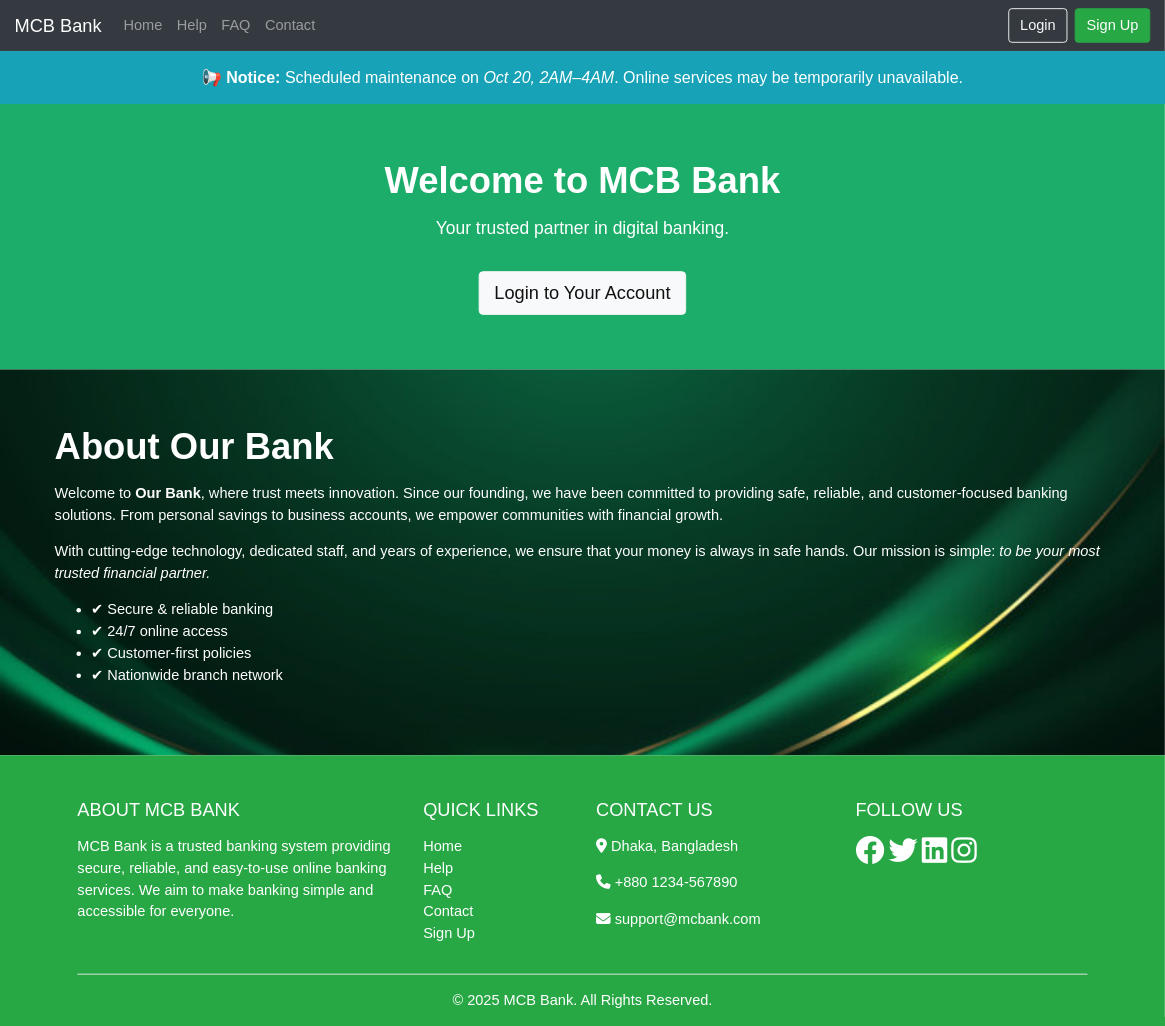
Repository: mhbshimla/my-bank
Page: http://localhost/home.php
These files come from the project's save history. The page is drawn as it stood at one moment and after the next save; the edit follows.
The browser window is 1280 px wide. The pictures show the whole page, at 91% of full size.
The page is run by PHP 8.4 with error messages shown; the project is at /var/www/html/.

Above is the page before, as saved 2025-10-17 21:30:00.

After the next save:
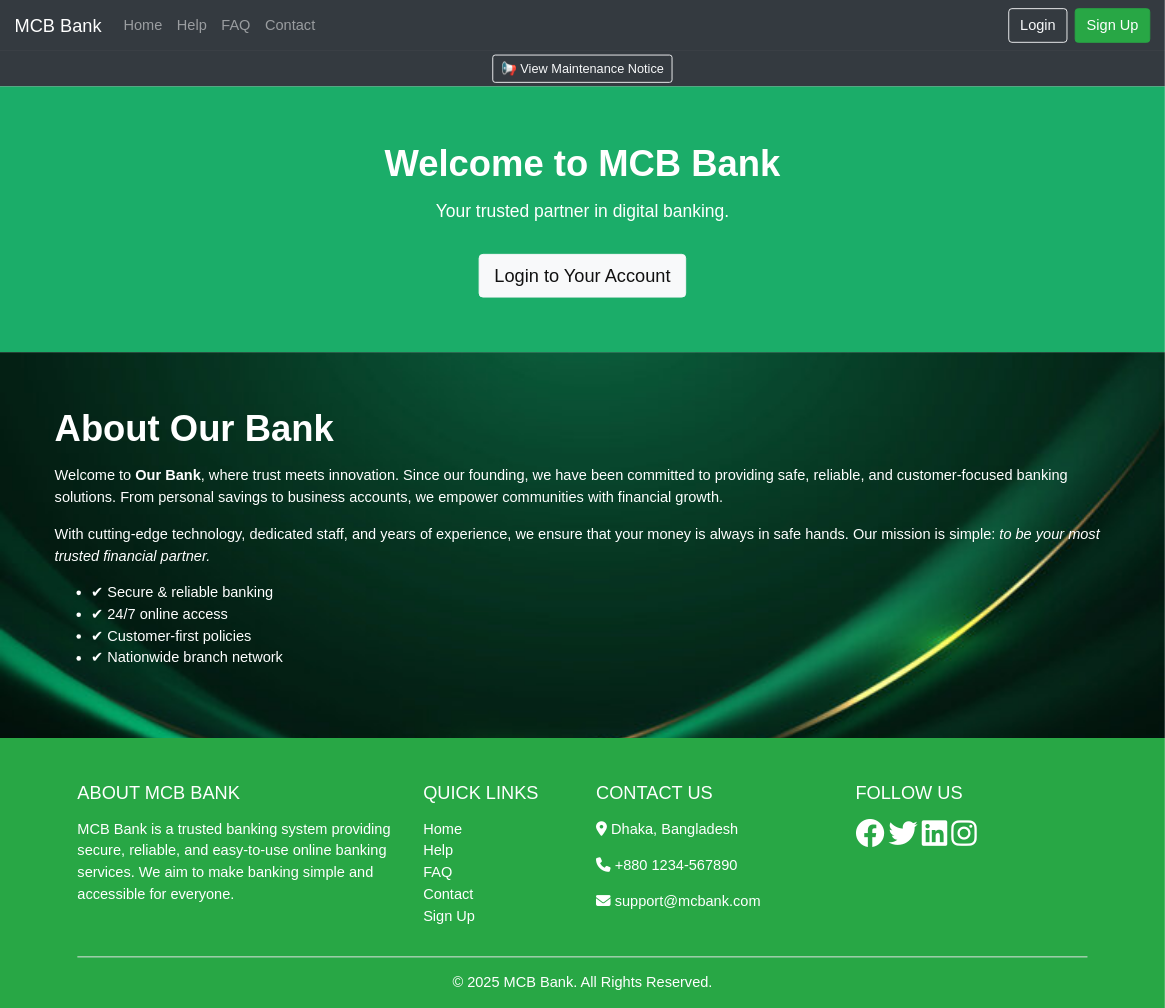
Saved 2 min 52 s later.
--- a/home.php
+++ b/home.php
@@ -41,8 +41,16 @@
   </div>
 </nav>
 <!-- Announcement Bar -->
-<div class="announcement-bar bg-info text-white text-center py-3 shadow-sm sticky-top" style="z-index: 1030; font-size: 1.1rem;">
+<!-- <div class="announcement-bar bg-info text-white text-center py-3 shadow-sm sticky-top" style="z-index: 1030; font-size: 1.1rem;">
   <strong>📢 Notice:</strong> Scheduled maintenance on <em>Oct 20, 2AM–4AM</em>. Online services may be temporarily unavailable.
+</div> -->
+<div class="text-center bg-dark text-white py-1">
+  <button class="btn btn-sm btn-outline-light" data-toggle="collapse" data-target="#announcementDetails">
+    📢 View Maintenance Notice
+  </button>
+</div>
+<div id="announcementDetails" class="collapse bg-dark text-white text-center py-2">
+  Scheduled maintenance on <em>Oct 20, 2AM–4AM</em>. Online services may be temporarily unavailable.
 </div>
 
 <div class="hero">
